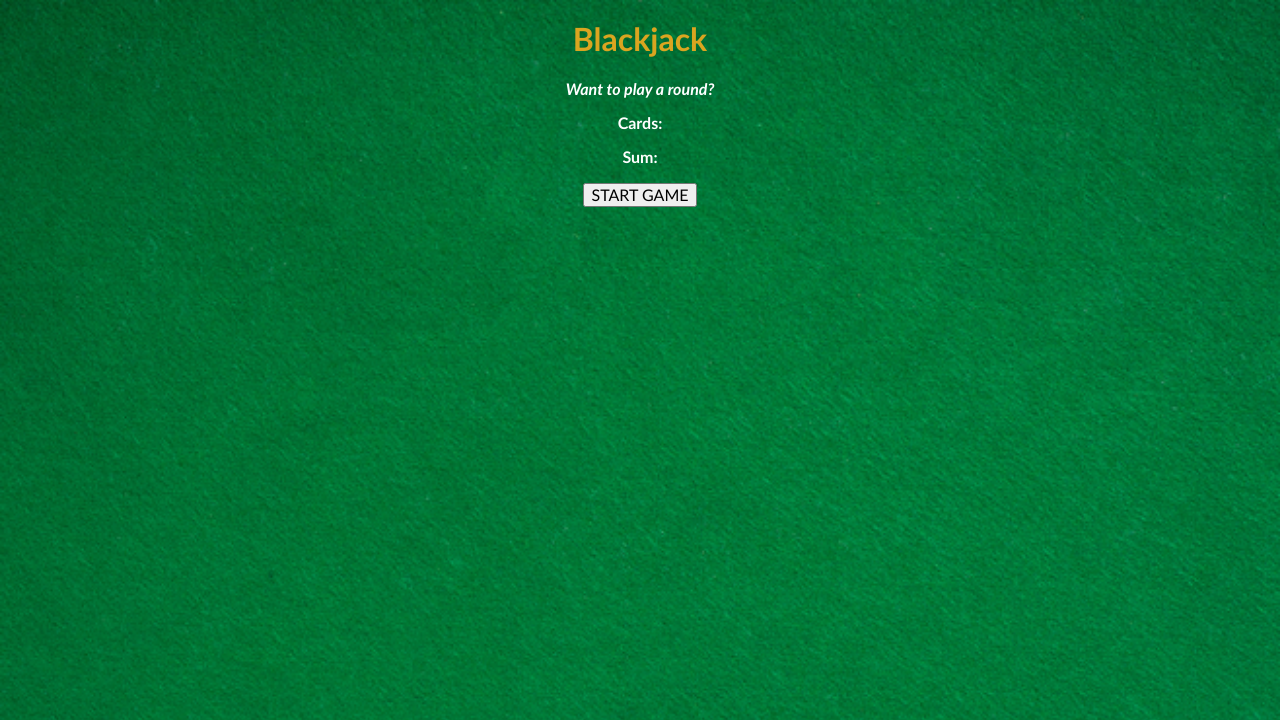
Repository: jt010051/JavaScriptBlackJack
Page: index.html
An editor plug-in stored every save of this project. The page is shown before and after the next save, followed by the edit.
The browser window is 1280 px wide. The pictures show the whole page.

Above is the page before, as saved 2022-02-26 17:53:54.

### index.html
<html>
    <head><link rel="stylesheet" href="https://cdnjs.cloudflare.com/ajax/libs/normalize/8.0.1/normalize.css">
        <link rel="stylesheet" href="index.css">
    </head>
    <body>
        <h1>Blackjack</h1>
        <p id="message-el">Want to play a round?</p>
        <p>Cards:</p>
        <p>Sum:</p>
        <button onclick="startGame">START GAME</button>
        <script src="index.js"></script>
    </body>
</html>

### index.css
/* Complete the CSS styling according to the provided design */

body {
  font-family: 'Trebuchet MS', 'Lucida Sans Unicode', 'Lucida Grande', 'Lucida Sans', Arial, sans-serif;
  background-image: url("images/table.png");
  background-size: cover;
  text-align: center;
  color: white;

  font-weight: bold;

}

h1 {
    color: goldenrod;
}

#message-el {
    font-style: italic;
}
.button {
    background-color: #4CAF50; /* Green */
    border: none;
    color: white;
    padding: 15px 32px;
    text-align: center;
    text-decoration: none;
    display: inline-block;
    font-size: 16px;
  }

### index.js
let firstCard = 10;

let secondCard = 2;

let sum = firstCard+secondCard+3;

let hasBlackJack =false;
let isAlive = true;
let message =""

function startGame(){

}
if(sum <= 20){

message = "Do you want to draw a new Card? 🙂";
}
else if (sum === 21){
    message ="Wohoo! You've got Blackjack! 🥳";
hasBlackJack = true
}
else{
    message ="Youre out of the game! 😢";
    isAlive =false;
}
console.log(message);

After the next save:
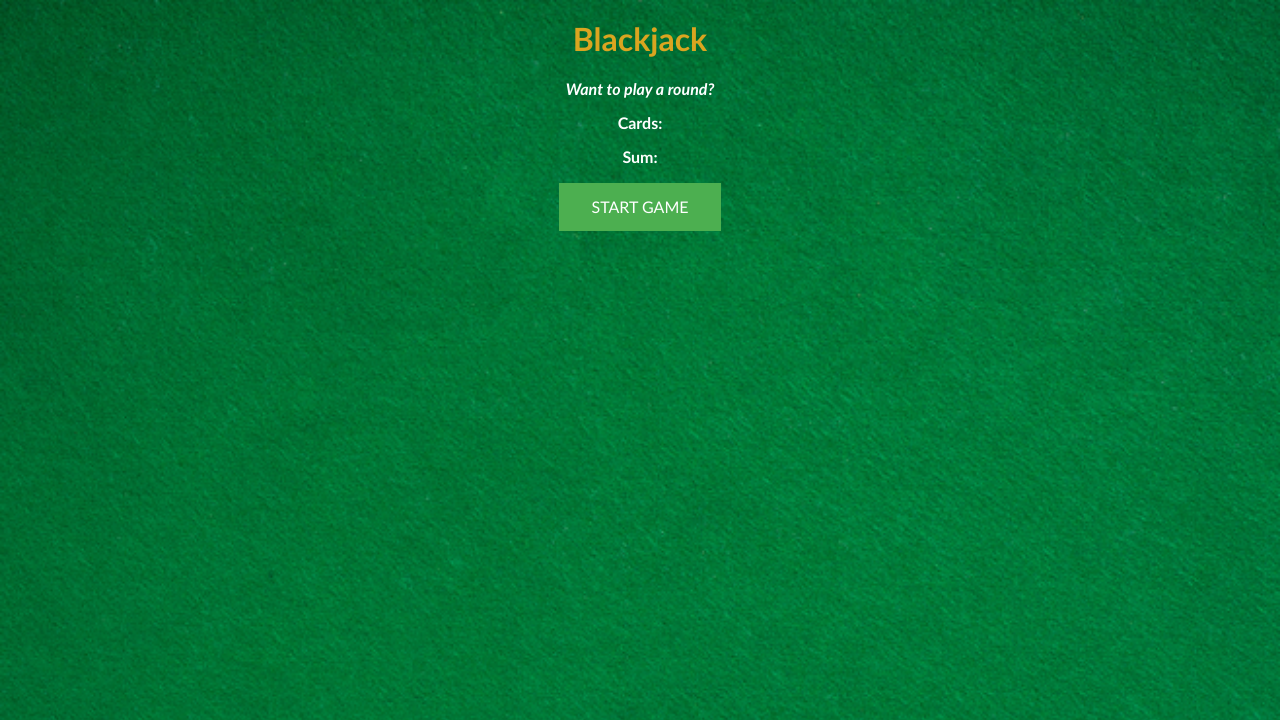
Saved 14 s later.
--- a/index.css
+++ b/index.css
@@ -18,7 +18,7 @@ h1 {
 #message-el {
     font-style: italic;
 }
-.button {
+button {
     background-color: #4CAF50; /* Green */
     border: none;
     color: white;
